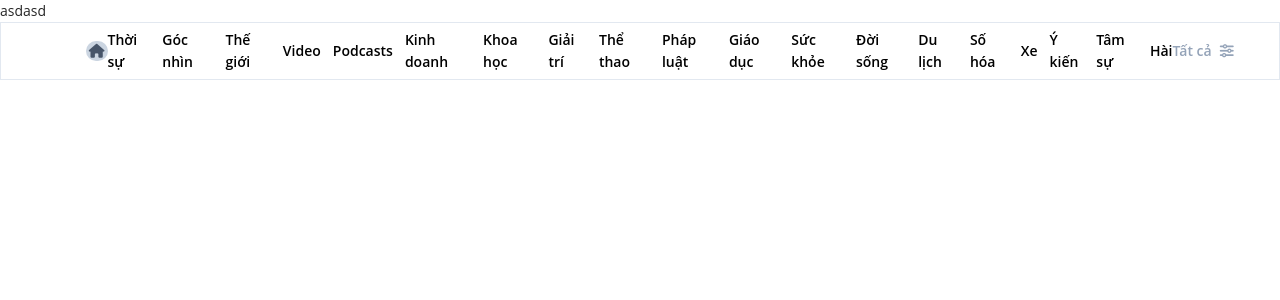
Repository: truongnguyenuit/WebAppDefault
Page: / (app in client/)
These files come from the project's save history. The page is drawn as it stood at one moment and after a run of saves; the edit follows.
The browser window is 1280 px wide. The pictures show the whole page.
Some web libraries are served in a nearby version. The project was rebuilt for these pictures with package versions that can differ from the ones it lists, and the page was loaded fresh each time. Also part of the build but not shown: client/src/pages/HomePage.jsx, client/src/contexts/authContext.js, client/src/router/protectedRouter.js. Imported but missing from the stored project, and not drawn on this page: client/src/pages/LoginPage, client/src/pages/LogoutPage, client/src/pages/RegisterPage, client/src/reducers/authReducer, client/src/untils/setAuthToken.

Above is the page before, as saved 2022-08-04 15:01:30.

### client/public/index.html
<!DOCTYPE html>
<html lang="en">
  <head>

    <meta charset="utf-8" />
    <meta name="viewport" content="width=device-width, initial-scale=1" />
    <meta
      name="description"
      content="Web site created using create-react-app"
    />
    <style>
      *{
        font-family: 'Open Sans', sans-serif;
        margin: 0;
      }
    </style>
    <script src="https://kit.fontawesome.com/cd2089affa.js" crossorigin="anonymous"></script>
    <title>Vnexpress</title>

  </head>
  <body>

    <noscript>You need to enable JavaScript to run this app.</noscript>
    <div id="root"></div>

  </body>
</html>

### client/src/index.js
import React from 'react';
import ReactDOM from 'react-dom/client';
import './index.css';
import App from './App';
import 'antd/dist/antd.min.css'

const root = ReactDOM.createRoot(document.getElementById('root'));
root.render(
  <React.StrictMode>
    <App />
  </React.StrictMode>
);

### client/src/App.js
import { BrowserRouter, Route, Routes } from "react-router-dom";
import { configRouter } from './router/configRouter';
import NavbarComponent from './components/NavbarComponent';
import ProtectedRoute from "./router/protectedRouter";

function App() {


  return (
    <div>
      <BrowserRouter>
        <div className="fixed top-0 left-0 right-0 z-10">
          <NavbarComponent />
        </div>
        <span className=" text-blue-600/100">
          asdasd
        </span>

      </BrowserRouter>
    </div>
  );
}

export default App;

### client/src/router/configRouter.js
import HomePage from "../pages/HomePage";
import LoginPage from "../pages/LoginPage";
import RegisterPage from "../pages/RegisterPage";
import LogoutPage from "../pages/LogoutPage";


import { pathName } from "./pathName";

export const configRouter=[
  {
    path: pathName.home,
    page: <HomePage/>,
    private: true,
  },
  {
    path: pathName.login,
    page: <LoginPage/>,
    private: false,
  },
  {
    path: pathName.register,
    page: <RegisterPage/>,
    private: false,
  },
  {
    path: pathName.logout,
    page: <LogoutPage/>,
    private: true,
  },
]

### client/src/components/NavbarComponent.js
import React from 'react'
import { Link } from "react-router-dom";
import { Row, Col } from "antd"
import { pathName } from '../router/pathName';

const NavigateRouter = [
  {
    path: pathName.home,
    name: "Thời sự",
  },
  {
    path: pathName.myBlog,
    name: "Góc nhìn",
  },
  {
    path: pathName.search,
    name: "Thế giới"
  },
  {
    path: pathName.setting,
    name: "Video",
  },
  {
    path: pathName.createPost,
    name: "Podcasts",
  },
  {
    path: pathName.logout,
    name: "Kinh doanh",
  },
  {
    path: pathName.logout,
    name: "Khoa học",
  },
  {
    path: pathName.logout,
    name: "Giải trí",
  },
  {
    path: pathName.logout,
    name: "Thể thao",
  },
  {
    path: pathName.logout,
    name: "Pháp luật",
  },
  {
    path: pathName.logout,
    name: "Giáo dục",
  },
  {
    path: pathName.logout,
    name: "Sức khỏe",
  },
  {
    path: pathName.logout,
    name: "Đời sống",
  },
  {
    path: pathName.logout,
    name: "Du lịch",
  },
  {
    path: pathName.logout,
    name: "Số hóa",
  },
  {
    path: pathName.logout,
    name: "Xe",
  },
  {
    path: pathName.logout,
    name: "Ý kiến",
  },
  {
    path: pathName.logout,
    name: "Tâm sự",
  },
  {
    path: pathName.logout,
    name: "Hài",
  },

];

const NavbarComponent = () => {
  return (
    <div className="bg-white">
      <Row>
        <div>
          asdasd
        </div>
      </Row>
      <Row className='border border-slate-200'>

        <Col span={2}>
          <div className='flex justify-end items-center text-[14px] font-semibold gap-4 h-14'>
            <div className='bg-slate-300 w-[22px] h-[20px] flex justify-center items-center rounded-full hover:bg-red-500'>
              <i class="fa-solid fa-house text-slate-600 hover:text-white"></i>
            </div>
          </div>
        </Col>

        <Col span={20} className="h-14">
          <nav>
            <ul className="flex justify-center items-center text-[14px] font-semibold gap-3 h-14 ">
              {NavigateRouter.map((item, index) => {
                return (
                  <li key={index} className=" ">
                    <Link to={item.path} className="text-black hover:text-red-500 w-full">
                      {item.name}
                    </Link>
                  </li>
                );

              })}
            </ul>
          </nav>
        </Col>

        <Col span={2}>
          <div className='flex justify-start items-center text-[14px] font-semibold gap-2 h-14 text-slate-400 hover:text-red-500'>
            <Link to={''} className='text-slate-400 hover:text-red-500'>
              <p className='m-0 '>Tất cả</p>
            </Link>
            <i class="fa-solid fa-sliders"></i>
          </div>
        </Col>

      </Row>
    </div>
  )
}

export default NavbarComponent

### client/src/router/pathName.js
export const pathName = {

  login: "/login",
  register: "/register",
  logout: "/logout",

  home: "/",
  myBlog: "/myblog",

  search: "/search",
  setting: "/setting",
  createPost: "/write",

}

### client/tailwind.config.js
/** @type {import('tailwindcss').Config} */
module.exports = {
  content: ["./src/**/*.{html,js,jsx,ts}"],
  theme: {
    extend: {},
  },
  plugins: [],
}

Loaded but not shown: client/src/index.css (common file)

After the next 2 saves:
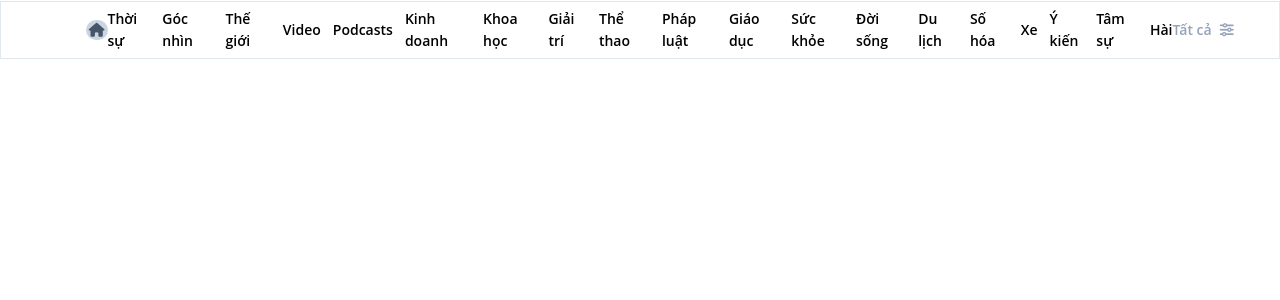
The 2 saves are shown as one change because they came seconds apart.
The last was saved 86 s later.
--- a/client/src/components/NavbarComponent.js
+++ b/client/src/components/NavbarComponent.js
@@ -87,9 +87,9 @@ const NavbarComponent = () => {
   return (
     <div className="bg-white">
       <Row>
-        <div>
-          asdasd
-        </div>
+        <Col>
+
+        </Col>
       </Row>
       <Row className='border border-slate-200'>
 
